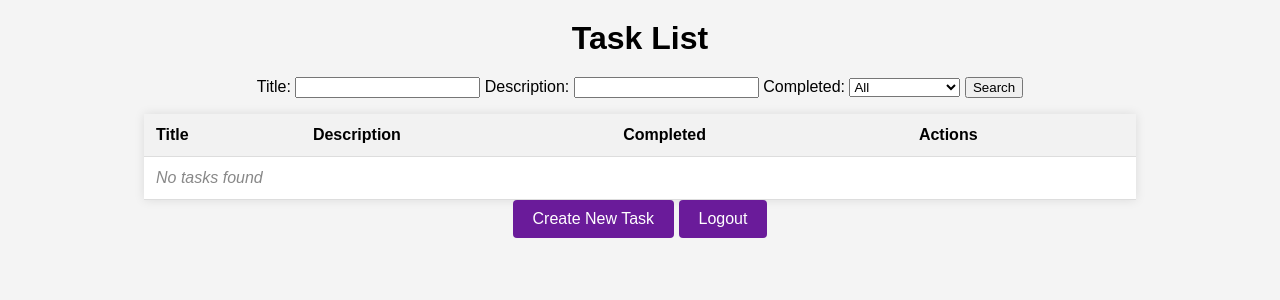
Repository: anchalsinghrajput/spring-MVC
Page: http://localhost/todoList/views/taskList.jsp
The author's editor kept a copy of each file at every save. The page is drawn from the files as they stood at one save, then again after the next save.
The browser window is 1280 px wide. The pictures show the whole page.
The page is served by Tomcat 10. Other server files are loaded and not shown.

Above is the page before, as saved 2023-11-16 07:49:26.

### todoList/src/main/webapp/views/taskList.jsp
<%@ page contentType="text/html;charset=UTF-8" language="java" %>
<%@ page import="java.util.List" %>
<%@ page import="com.infosys.anchal.todoList.entity.Task" %>
<%@ page import="java.util.ArrayList" %>
<html>
<head>
    <title>Task List</title>
    <style>
        body {
            font-family: Arial, sans-serif;
            background-color: #f4f4f4;
            margin: 0;
            padding: 20px;
            text-align: center;
        }
        h1 {
            margin-bottom: 20px;
        }
        table {
            width: 80%;
            margin: 0 auto;
            background-color: #fff;
            border-collapse: collapse;
            box-shadow: 0 0 10px rgba(0, 0, 0, 0.1);
        }
        th, td {
            padding: 12px;
            text-align: left;
            border-bottom: 1px solid #ddd;
        }
        th {
            background-color: #f2f2f2;
        }
        input[type="checkbox"] {
            cursor: pointer;
        }
        .button {
            display: inline-block;
            padding: 10px 20px;
            text-decoration: none;
            color: #fff;
            background-color: #6a1b9a;
            border: none;
            border-radius: 4px;
            cursor: pointer;
            transition: background-color 0.3s ease;
        }
        .button:hover {
            background-color: #9c27b0;
        }
        .no-tasks {
            font-style: italic;
            color: #888;
        }
        .action-links {
            white-space: nowrap;
        }
        .action-links a {
            display: inline-block;
            margin-right: 10px;
            margin-bottom: 10px;
        }
    </style>
</head>
<body>
    <h1>Task List</h1>

    <form action="/tasks" method="GET">
        <label for="title">Title:</label>
        <input type="text" id="title" name="title">

        <label for="description">Description:</label>
        <input type="text" id="description" name="description">

        <label for="completed">Completed:</label>
        <select id="completed" name="completed">
            <option value="">All</option>
            <option value="true">Completed</option>
            <option value="false">Not Completed</option>
        </select>

        <button type="submit">Search</button>
    </form>

    <table>
        <tr>
            <th>Title</th>
            <th>Description</th>
            <th>Completed</th>
            <th>Actions</th>
        </tr>

        <%
        List<Task> userTasks = (List<Task>) request.getAttribute("userTasks");
        if (userTasks != null && !userTasks.isEmpty()) {
            for (Task task : userTasks) {
        %>
            <tr>
                <td><%= task.getTitle() %></td>
                <td><%= task.getDescription() %></td>
                <td>
                 <input type="checkbox" <%= task.isCompleted() ? "checked" : "" %>/>
                </td>
                <td class="action-links">
                    <a href="/tasks/edit/<%= task.getId() %>" class="button">Edit</a>
                    <a href="/tasks/delete/<%= task.getId() %>" class="button">Delete</a>
                </td>
            </tr>
        <%
            }
        } else {
            out.println("<tr><td colspan='4' class='no-tasks'>No tasks found</td></tr>");
        }
        %>
    </table>

    <a href="/tasks/create" class="button">Create New Task</a>
    <a href="/logout" class="button">Logout</a>
</body>
</html>

After the next save:
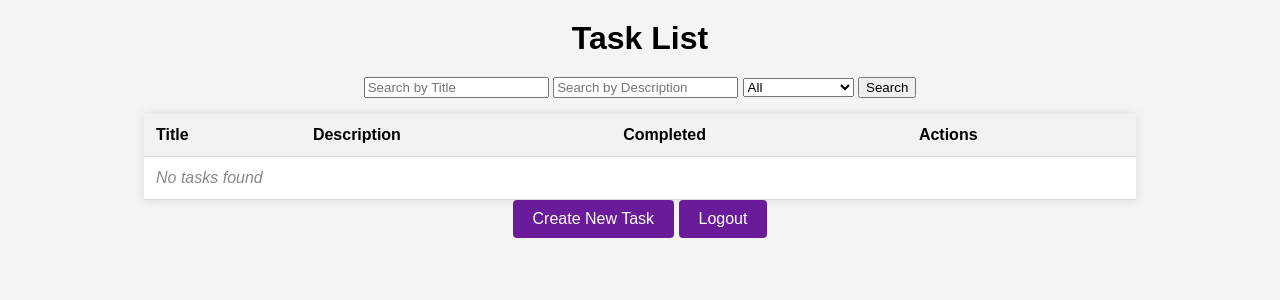
Saved 6 min 1 s later.
--- a/todoList/src/main/webapp/views/taskList.jsp
+++ b/todoList/src/main/webapp/views/taskList.jsp
@@ -65,22 +65,17 @@
 <body>
     <h1>Task List</h1>
 
-    <form action="/tasks" method="GET">
-        <label for="title">Title:</label>
-        <input type="text" id="title" name="title">
-
-        <label for="description">Description:</label>
-        <input type="text" id="description" name="description">
-
-        <label for="completed">Completed:</label>
-        <select id="completed" name="completed">
+    <form action="/tasks" method="get">
+        <input type="text" name="title" placeholder="Search by Title">
+        <input type="text" name="description" placeholder="Search by Description">
+        <select name="completed">
             <option value="">All</option>
             <option value="true">Completed</option>
             <option value="false">Not Completed</option>
         </select>
-
         <button type="submit">Search</button>
     </form>
+
 
     <table>
         <tr>
